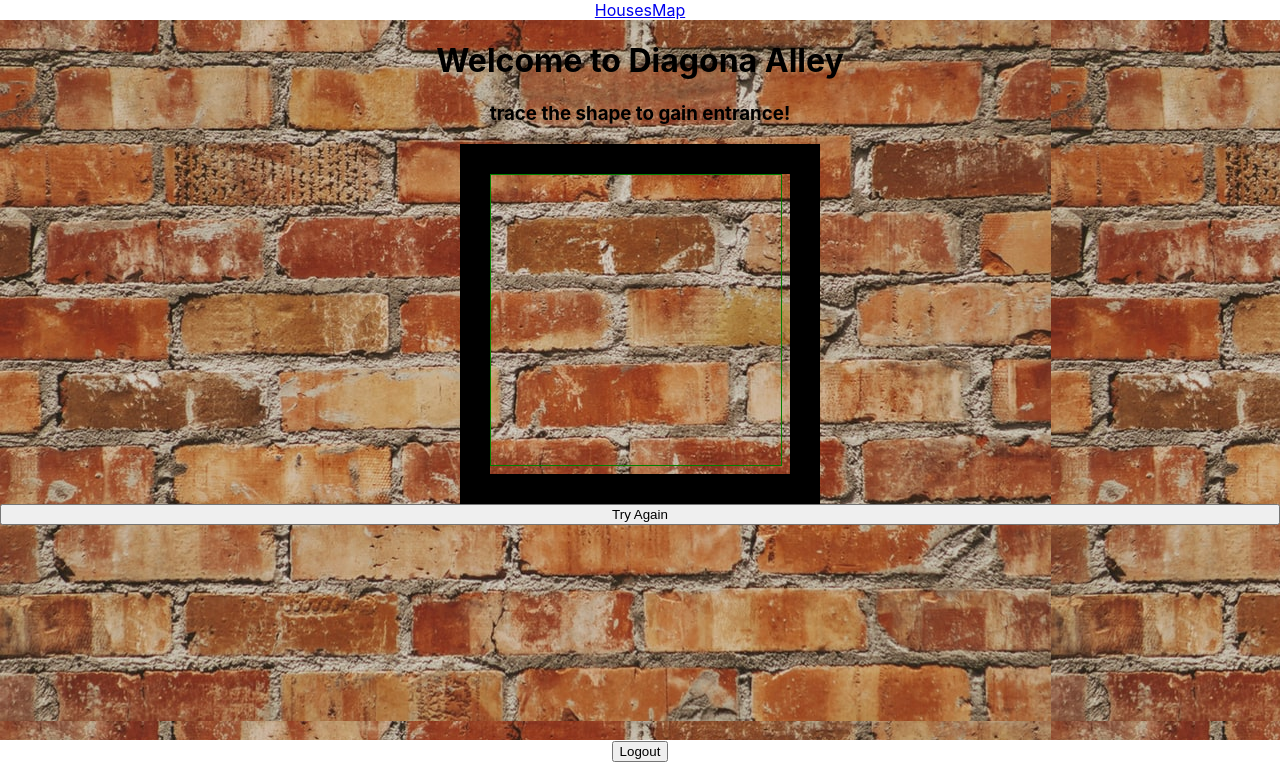
Repository: Brandon205/PotterGo
Page: /houses (app in client/)
These files come from the project's save history. The page is drawn as it stood at one moment and after the next save; the edit follows.
The browser window is 1280 px wide. The pictures show the whole page.
The project was rebuilt for these pictures with package versions that can differ from the ones it lists, and the page was loaded fresh each time. A package was used in the major version that the imports need, not the one package.json lists. Also part of the build but not shown: client/src/Homepage.jsx, client/src/Signup.js, client/src/Login.js, client/src/LoginPage.jsx, client/src/WandGenerator.jsx.

Above is the page before, as saved 2019-11-21 15:50:52.

### client/src/App.js
import React from 'react';
import './App.css';
import Axios from 'axios';
import {
  BrowserRouter as Router,
  Route,
  Link,
} from 'react-router-dom';
import DiagonAlley from './DiagonAlley';
import Homepage from './Homepage';
import LoginPage from './LoginPage';
import WandGenerator from './WandGenerator';

class App extends React.Component {
  state = {
    token: '',
    user: null,
    errorMessage: '',
    lockedResult: '',
    redirect: ''
  }

  checkForLocalToken = () => {
    // Look in LS for localtoken
    let token = localStorage.getItem('mernToken');
    if (!token || token === 'undefined') {
      // if no taken, remove all evidence of mernToken from LS and state
      localStorage.removeItem('mernToken');
      this.setState({ token: '', user: null });
    } else {
      // if token, verify token on backend
      Axios.post('/auth/me/from/token', { token })
      .then(res => {
        if (res.data.type === 'error') {
          localStorage.removeItem('mernToken');
          this.setState({ token: '', user: null, errorMessage: res.data.message });
        } else {
          // if verified store it back in LS and state
          localStorage.setItem('mernToken', res.data.token);
          this.setState({ token: res.data.token, user: res.data.user });
        }
      })
    }
  }

  componentDidMount = () => {
    this.checkForLocalToken()
  }

  liftToken = ({token, user}) => {
    this.setState({ token, user });
  }

  logout = () => {
    localStorage.removeItem('mernToken');
    this.setState({ token: '', user: null });
  }

  render() {
    return (
      <Router>
        <div className="App">
          <Link to='/houses'>Houses</Link>
          <Link to='/map'>Map</Link>
          <Route exact path='/' render={ () => <LoginPage liftToken={this.liftToken}/>}/>
          <Route exact path='/map' component={Homepage}/>
          <Route exact path='/houses' component={DiagonAlley}/>
          <Route exact path='/wand' component={WandGenerator}/>
          <button onClick={this.logout}>Logout</button>
        </div>
      </Router>
    );
  }
}

export default App;

### client/src/App.css
.App {
  text-align: center;
}

.App-logo {
  height: 40vmin;
}

.App-header {
  background-color: #282c34;
  min-height: 100vh;
  display: flex;
  flex-direction: column;
  align-items: center;
  justify-content: center;
  font-size: calc(10px + 2vmin);
  color: white;
}

.App-link {
  color: #09d3ac;
}

.backgroundDiv {
  display: flex;
  flex-flow: column;
  height: 100vh;
  width: 100vw;
  background-image: url('brick.jpg');
}

.container {
  display: flex;
  align-content: center;
  justify-content: center;
}

.diagonDiv {
  height: 300px;
  width: 300px;
  border: 30px solid black;
}

.innerDiv {
  height: 290px;
  width: 290px;
  border: 1px solid green;
}

### client/src/DiagonAlley.jsx
import React, { useState, useEffect } from 'react'
import axios from 'axios'

function DiagonAlley () {
    const [X, setX] = useState(0)
    const [Y, setY] = useState(0)
    const [breaking, setBreaking] = useState(false)
    const [youFaileda, setyouFaileda] = useState('')

    function onMouseMove (event)  {
        setX(event.screenX)
        setY(event.screenY)
        console.log(X, Y)
    }

    function onMouseMoveTwo (event)  {
        setBreaking(true)
        setyouFaileda('The wall stays solid! Please try again!')
        console.log('You have failed')
    }

    function onClick (event) {

    }

    var youFailed;
    var youFailedFinal;
    if (breaking) {
        youFailed = youFaileda
        youFailedFinal = <h3>{youFailed}</h3>
    } else {
        youFailed = ''
    }
    return (
        <div className='backgroundDiv'>
            <div>
                <h1>Welcome to Diagona Alley</h1>
                <h3>trace the shape to gain entrance!</h3>
            </div>
            <div className='container'>
                <div onMouseMove={onMouseMove} className='diagonDiv'>
                <div onMouseDown={onMouseMoveTwo} className='innerDiv'></div>
                </div>
            </div>
            {youFailedFinal}
            <button onClick={onClick}>Try Again</button>
        </div>
    )
}

export default DiagonAlley

Loaded but not shown: client/public/index.html (common file); client/src/index.js (common file); client/src/index.css (common file); client/src/serviceWorker.js (common file)

After the next save:
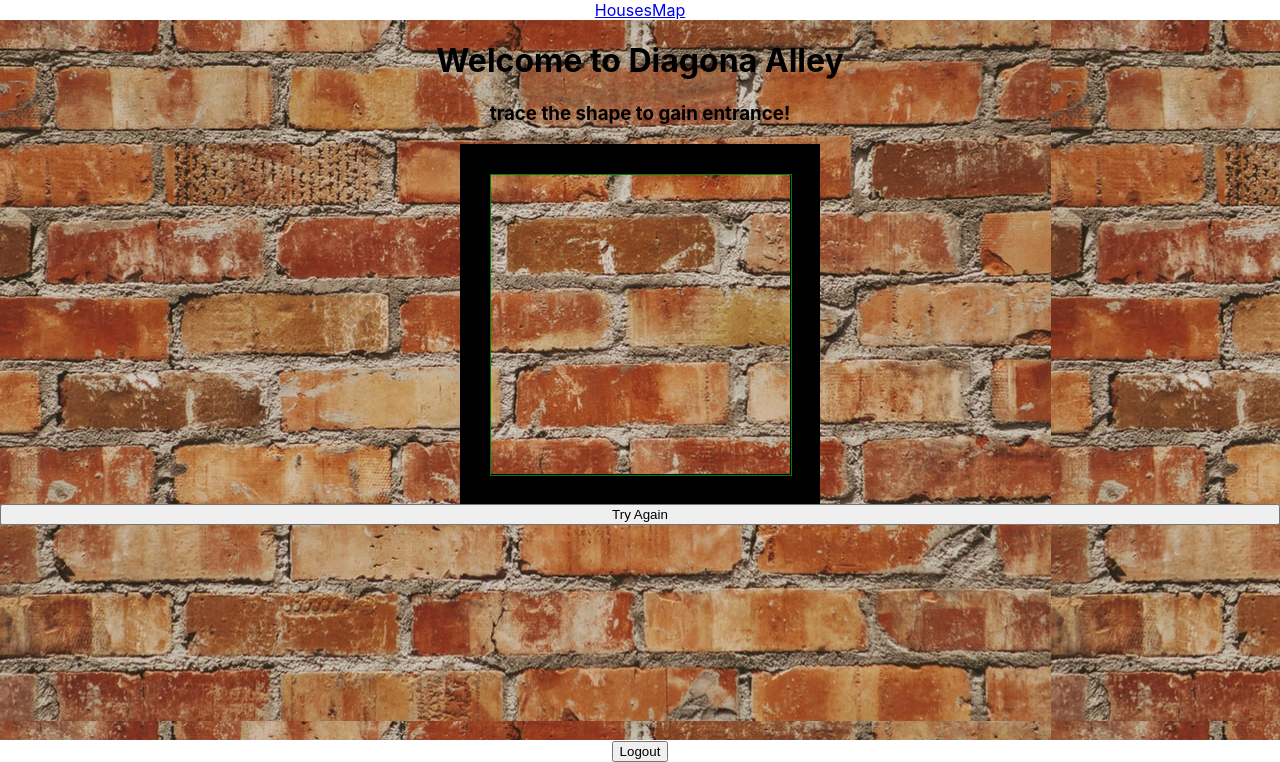
Saved 7 s later.
--- a/client/src/App.css
+++ b/client/src/App.css
@@ -42,7 +42,7 @@
 }
 
 .innerDiv {
-  height: 290px;
-  width: 290px;
+  height: 300px;
+  width: 300px;
   border: 1px solid green;
 }
